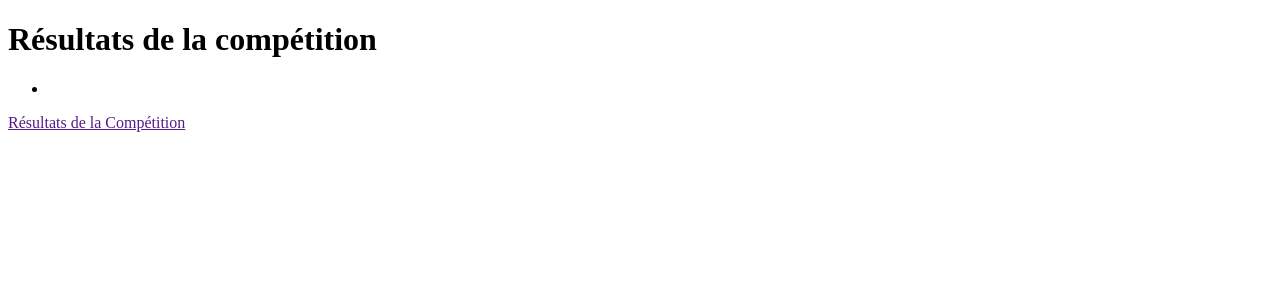
Repository: Mini-T/git-eval
Page: competition_1_result.html
These files come from the project's save history. The page is drawn as it stood at one moment and after a run of saves; the edit follows.
The browser window is 1280 px wide. The pictures show the whole page.

Above is the page before, as saved 2022-09-28 13:41:17.

After the next 2 saves:
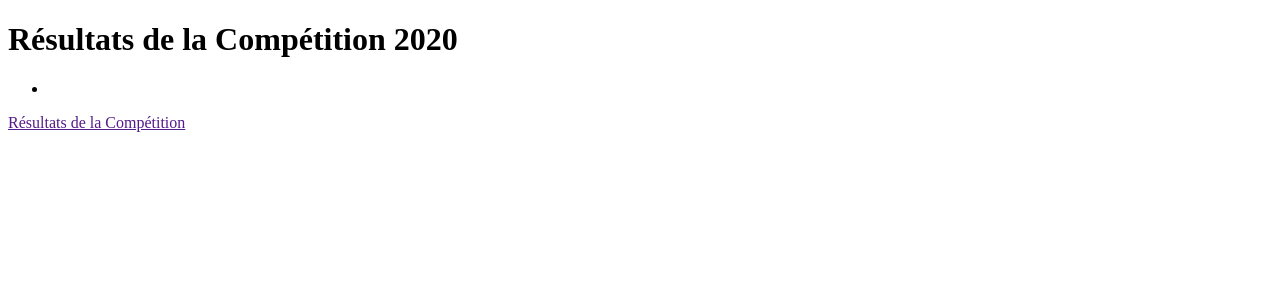
The 2 saves are shown as one change because they came seconds apart.
The last was saved 7 s later.
--- a/competition_1_result.html
+++ b/competition_1_result.html
@@ -10,7 +10,7 @@
     <main>
         <div class="header">
             <h1>
-                Résultats de la compétition
+                Résultats de la Compétition 2020
             </h1>
         </div>
         <div class="introduction">
